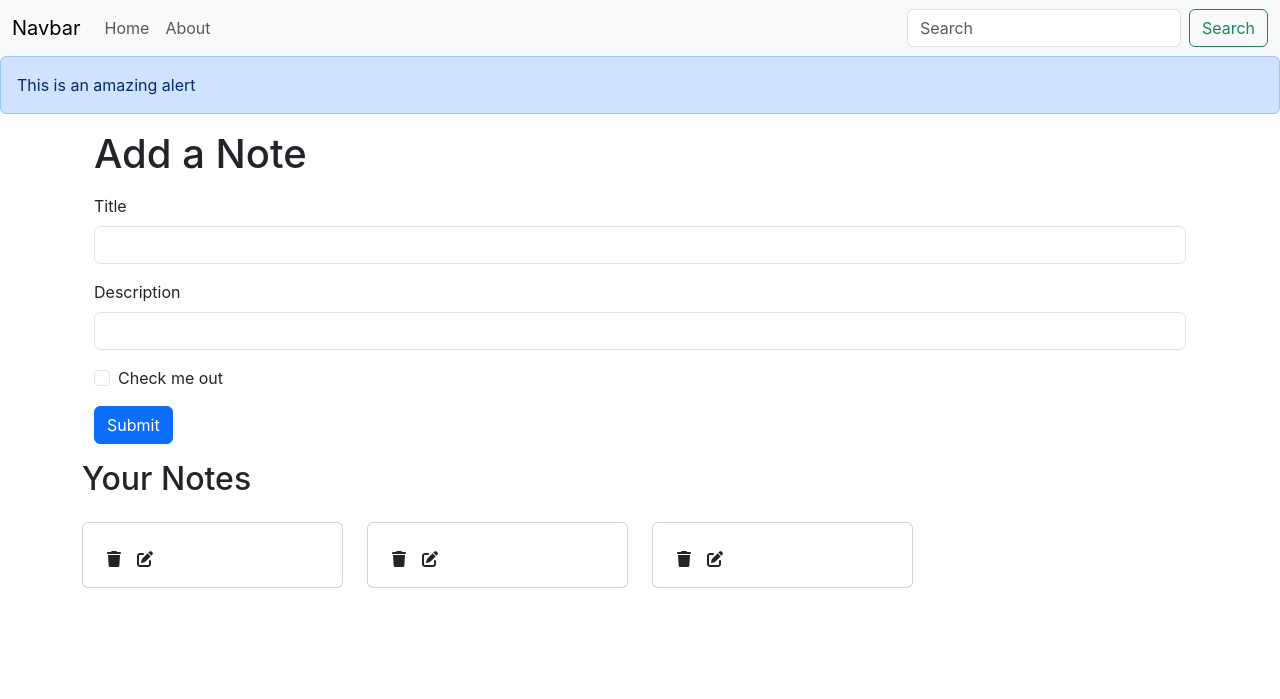
Repository: bhaveshdaipuria/inotebook
Page: /home
These files come from the project's save history. The page is drawn as it stood at one moment and after the next save; the edit follows.
The browser window is 1280 px wide. The pictures show the whole page.
Some web libraries are served in a nearby version. The project was rebuilt for these pictures with package versions that can differ from the ones it lists, and the page was loaded fresh each time. Also part of the build but not shown: src/App.css, src/components/About.js.

Above is the page before, as saved 2023-05-03 18:31:46.

### public/index.html
<!DOCTYPE html>
<html lang="en">
  <head>
    <meta charset="utf-8" />
    <link rel="icon" href="%PUBLIC_URL%/favicon.ico" />
    <meta name="viewport" content="width=device-width, initial-scale=1" />
    <meta name="theme-color" content="#000000" />
    <meta
      name="description"
      content="Web site created using create-react-app"
    />
    <link rel="apple-touch-icon" href="%PUBLIC_URL%/logo192.png" />
    <link href="https://cdn.jsdelivr.net/npm/bootstrap@5.3.0-alpha3/dist/css/bootstrap.min.css" rel="stylesheet" integrity="sha384-KK94CHFLLe+nY2dmCWGMq91rCGa5gtU4mk92HdvYe+M/SXH301p5ILy+dN9+nJOZ" crossorigin="anonymous">
    <!--
      manifest.json provides metadata used when your web app is installed on a
      user's mobile device or desktop. See https://developers.google.com/web/fundamentals/web-app-manifest/
    -->
    <link rel="manifest" href="%PUBLIC_URL%/manifest.json" />
    <!--
      Notice the use of %PUBLIC_URL% in the tags above.
      It will be replaced with the URL of the `public` folder during the build.
      Only files inside the `public` folder can be referenced from the HTML.

      Unlike "/favicon.ico" or "favicon.ico", "%PUBLIC_URL%/favicon.ico" will
      work correctly both with client-side routing and a non-root public URL.
      Learn how to configure a non-root public URL by running `npm run build`.
    -->
    <title>iNotebook</title>
  </head>
  <body>
    <noscript>You need to enable JavaScript to run this app.</noscript>
    <div id="root"></div>
    <script src="https://kit.fontawesome.com/f3b880b74e.js" crossorigin="anonymous"></script>
    <!--
      This HTML file is a template.
      If you open it directly in the browser, you will see an empty page.

      You can add webfonts, meta tags, or analytics to this file.
      The build step will place the bundled scripts into the <body> tag.

      To begin the development, run `npm start` or `yarn start`.
      To create a production bundle, use `npm run build` or `yarn build`.
    -->
  </body>
  <script src="https://cdn.jsdelivr.net/npm/bootstrap@5.3.0-alpha3/dist/js/bootstrap.bundle.min.js" integrity="sha384-ENjdO4Dr2bkBIFxQpeoTz1HIcje39Wm4jDKdf19U8gI4ddQ3GYNS7NTKfAdVQSZe" crossorigin="anonymous"></script>
</html>

### src/App.js
import './App.css';
import Navbar from './components/Navbar';
import Home  from './components/Home';
import { BrowserRouter, Routes, Route } from 'react-router-dom';
import About from './components/About';
import NoteState from './context/notes/NoteState';
import Alert from './components/Alert';

function App() {
  return (
    <>
    <NoteState>
    <BrowserRouter>
    <Navbar/>
    <Alert message="This is an amazing alert"/>
    <div className='container'>
      <Routes>
      <Route exact path = '/home' element={<Home/>}/>
      <Route exact path = '/about' element={<About/>}/>
    </Routes>
    </div>
    </BrowserRouter>
    </NoteState>
    </>
  );
}

export default App;

### src/components/Navbar.js
import React, { useEffect } from "react";
import { Link, useLocation } from "react-router-dom";

function Navbar() {
  let location = useLocation();
  useEffect(()=>{
  }, [location]);
  return (
    <nav className="navbar navbar-expand-lg bg-body-tertiary">
      <div className="container-fluid">
        <Link className="navbar-brand" to="/">
          Navbar
        </Link>
        <button
          className="navbar-toggler"
          type="button"
          data-bs-toggle="collapse"
          data-bs-target="#navbarSupportedContent"
          _aria-controls="navbarSupportedContent"
          aria-expanded="false"
          aria-label="Toggle navigation"
        >
          <span className="navbar-toggler-icon"></span>
        </button>
        <div className="collapse navbar-collapse" id="navbarSupportedContent">
          <ul className="navbar-nav me-auto mb-2 mb-lg-0">
            <li className="nav-item">
              <Link className={`nav-link ${location.pathname === '/'?"active":""}`} aria-current="page" to="/home">
                Home
              </Link>
            </li>
            <li className="nav-item">
              <Link className={`nav-link ${location.pathname === '/about'?"active":""}`} to="/about">
                About
              </Link>
            </li>
          </ul>
          <form className="d-flex" role="search">
            <input
              className="form-control me-2"
              type="search"
              placeholder="Search"
              aria-label="Search"
            />
            <button className="btn btn-outline-success" type="submit">
              Search
            </button>
          </form>
        </div>
      </div>
    </nav>
  );
}

export default Navbar;

### src/components/Home.js
import React from "react";
import Notes from "./Notes";

function Home() {
  return (
    <div>
      <Notes />
    </div>
  );
}

export default Home;

### src/context/notes/NoteState.js
import NoteContext from "./noteContext";
import { useState } from "react";

const  NoteState = ({children})=>{
    const notesInitial = [
        {
          "_id": "644f7e8be617961a0e690ce2",
          "user": "644f7d94e617961a0e690ccc",
          "title": "This is an alarm",
          "description": "Wake up at 7AM",
          "tag": "General",
          "date": "2023-05-01T08:55:39.717Z",
          "__v": 0
        },
        {
          "_id": "644f7ea9e617961a0e690ce5",
          "user": "644f7d94e617961a0e690ccc",
          "title": "Updating my existing alarm",
          "description": "Wake me up at 8AM",
          "tag": "Updated Alarm",
          "date": "2023-05-01T08:56:09.511Z",
          "__v": 0
        },
        {
          "_id": "644f8271f19dd960cfe94ffd",
          "user": "644f7d94e617961a0e690ccc",
          "title": "This is a trial note",
          "description": "Trial note description",
          "tag": "General",
          "date": "2023-05-01T09:12:17.622Z",
          "__v": 0
        }
      ]
      const [notes, setNotes] = useState(notesInitial);

      const addNote = (title, description, tag)=>{
        const note = {
            "_id": "644f8271f19dd960cfe94ffd",
            "user": "644f7d94e617961a0e690ccc",
            "title": title,
            "description": description,
            "tag": tag,
            "date": "2023-05-01T09:12:17.622Z",
            "__v": 0
          };
        setNotes(notes.concat(note))
      }

      const deleteNote = (id)=>{
        console.log("deleting the note with id" + id);
        let newNotes = notes.filter((note)=>{return note._id !== id});
        console.log(id);
        setNotes(newNotes);
      }

      const editNote = ()=>{

      }

    return(
        <NoteContext.Provider value={{notes, addNote, deleteNote, editNote}}>
            {children}
        </NoteContext.Provider>
    )
}

export default NoteState;

### src/components/Alert.js
import React from "react";

function Alert({message}) {
  return (
    <div>
      <div className="alert alert-primary" role="alert">
        {message}
      </div>
    </div>
  );
}

export default Alert;

### src/components/Notes.js
import React, { useContext } from "react";
import noteContext from "../context/notes/noteContext";
import NoteItem from "./NoteItem";
import AddNote from "./AddNote";

function Notes() {
    const context = useContext(noteContext);
  const { notes } = context;
  return (
    <>
    <AddNote/>
    <div className="row my-3">
      <h2>Your Notes</h2>
      {notes.map((note) => {
        return <NoteItem title={notes.title} description={notes.description}/>;
      })}
    </div>
    </>
  );
}

export default Notes;

### src/components/NoteItem.js
import React, { useContext } from 'react';
import noteContext from '../context/notes/noteContext';

function NoteItem({title, description}) {
    const context = useContext(noteContext);
    const {deleteNote} = context;
  return (
    <div className='col-sm-3'>
    <div className='card my-3'>
        <div className='card-body'>
            <h5 className='card-title'>{title}</h5>
            <i className="fa-sharp fa-solid fa-trash mx-2" onClick={()=>{deleteNote()}}></i>
            <i className="fa-solid fa-pen-to-square mx-2"></i>
        </div>
        <p className='card-text'>{description}</p>
    </div>
    </div>
  )
}

export default NoteItem;

### src/components/AddNote.js
import React, {useContext, useState} from "react";
import noteContext from "../context/notes/noteContext";

function AddNote() {
  const context = useContext(noteContext);
  const { addNote } = context;
  const [note, setNote] = useState({title: '', description: '', tag: 'default'})

  const handleClick = (e)=>{
    e.preventDefault();
    addNote(note.title, note.description, note.tag)
  }
  const onChange = (e)=>{
    setNote({...note, [e.target.name]: [e.target.value]})
    console.log(e.target);
  }
  return (
    <div className="container my-3">
      <h1>Add a Note</h1>
      <form className="my-3">
        <div className="mb-3">
          <label htmlFor="title" className="form-label">
            Title
          </label>
          <input
            type="text"
            className="form-control"
            id="title"
            name="title"
            aria-describedby="emailHelp"
            onChange={onChange}
          />
        </div>
        <div className="mb-3">
          <label htmlFor="description" className="form-label">
            Description
          </label>
          <input
            type="text"
            className="form-control"
            id="description"
            name="description"
            onChange={onChange}
          />
        </div>
        <div className="mb-3 form-check">
          <input
            type="checkbox"
            className="form-check-input"
            id="exampleCheck1"
          />
          <label className="form-check-label" htmlFor="exampleCheck1">
            Check me out
          </label>
        </div>
        <button type="submit" className="btn btn-primary" onClick={handleClick}>
          Submit
        </button>
      </form>
    </div>
  );
}

export default AddNote;

Loaded but not shown: src/index.js (common file); src/index.css (common file); src/context/notes/noteContext.js (common file)

After the next save:
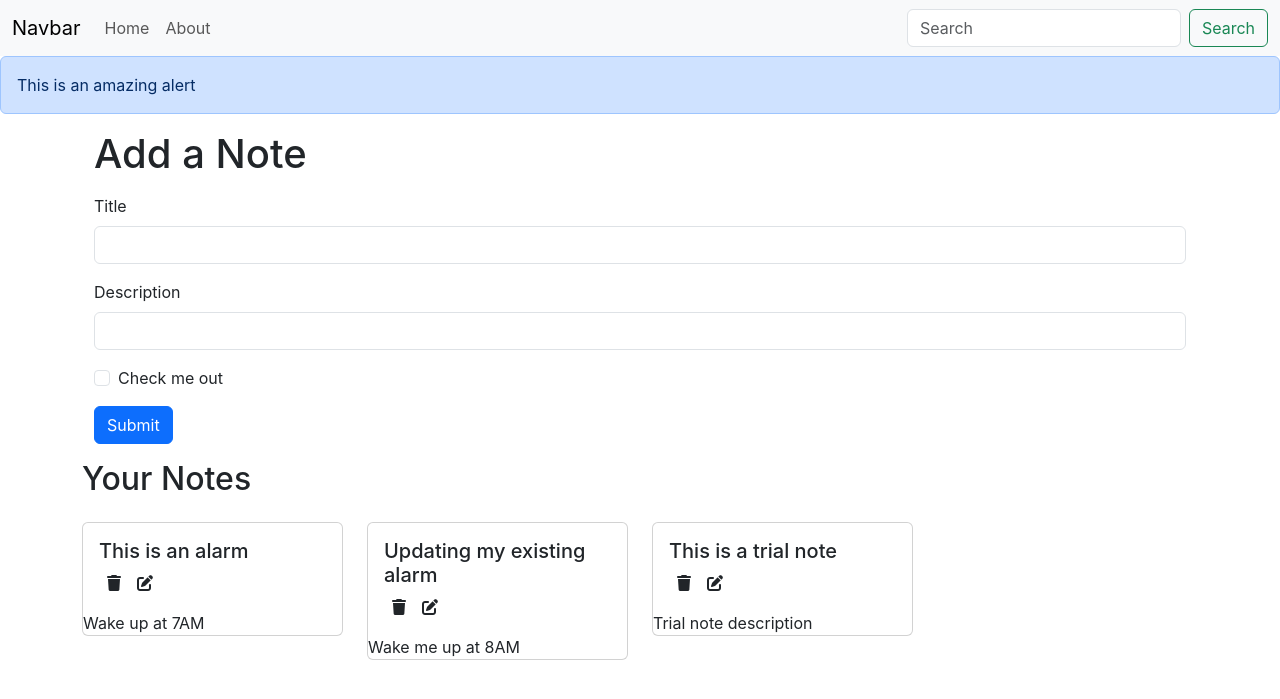
Saved 19 s later.
--- a/src/components/Notes.js
+++ b/src/components/Notes.js
@@ -12,7 +12,7 @@ function Notes() {
     <div className="row my-3">
       <h2>Your Notes</h2>
       {notes.map((note) => {
-        return <NoteItem title={notes.title} description={notes.description}/>;
+        return <NoteItem title={note.title} description={note.description}/>;
       })}
     </div>
     </>
